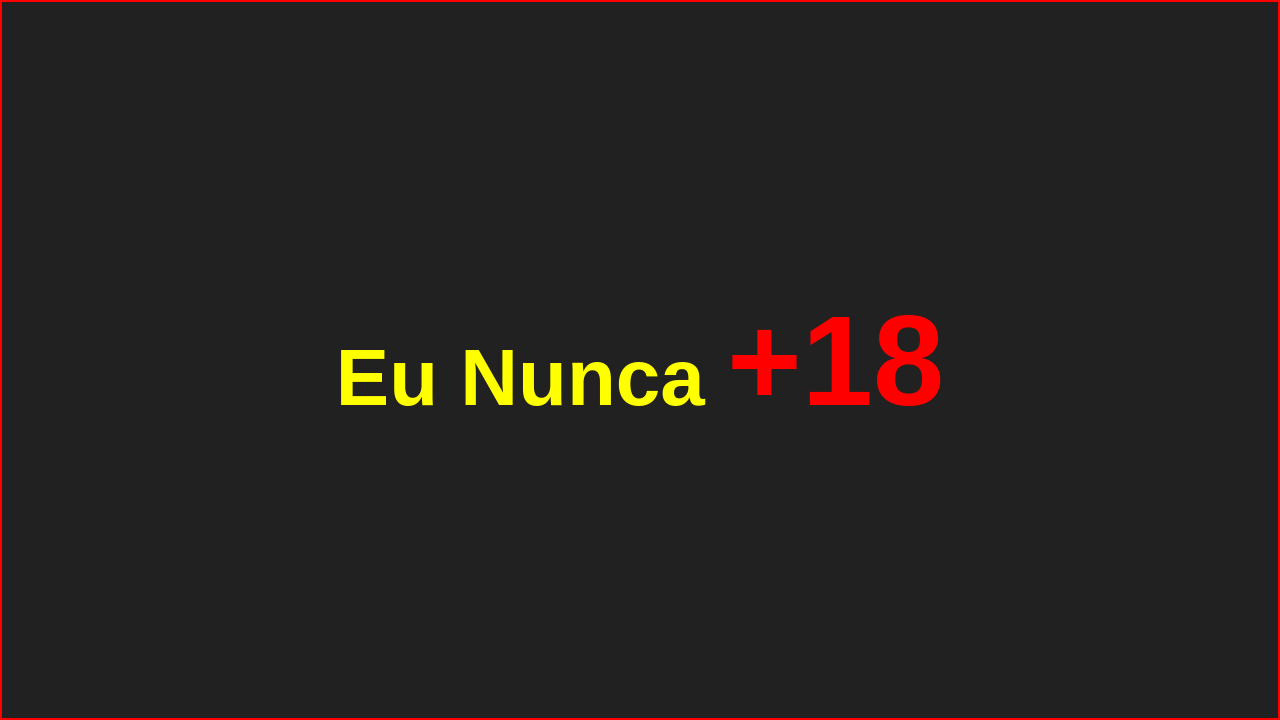
Repository: odiloalmeida/inever
Page: index.html
These files come from the project's save history. The page is drawn as it stood at one moment and after the next save; the edit follows.
The browser window is 1280 px wide. The pictures show the whole page.

Above is the page before, as saved 2023-01-31 20:20:46.

### index.html
<!DOCTYPE html>
<html lang="en">
<head>
    <meta charset="UTF-8">
    <meta http-equiv="X-UA-Compatible" content="IE=edge">
    <meta name="viewport" content="width=device-width, initial-scale=1.0">
    <link rel="stylesheet" href="./style.css">
    <title>18+ I Never</title>

</head>

<body>
    <button id="myButton" onclick="changeButtonName()"><span>Eu Nunca </span> <span2>+18</span2></button>
</body>

<script>

    function changeButtonName() {
        var button = document.getElementById("myButton");

        var names = ["Beijei alguém dessa turma",
        "Senti atração por alguém dessa turma",
        "Tomei banho pelado na praia/piscina",
        "Fiquei com um professor",
        "Fiquei com um amigo e me arrependi",
        "Fiquei com um amigo e não disse pra ninguém",
        "Menti sobre ter ficado com uma pessoa",
        "Bebi tanto que beijei alguém que não queria",
        "Bebi tanto que esqueci tudo no outro dia",
        "Vi um nudes de alguém dessa turma",
        "Desejei o namorado/namorada de um amigo",
        "Fiquei com alguém por interesse",
        "Acelerei o ato sexual por que o oral estava ruim",
        "Bebi pra ter coragem de chegar numa pessoa",
        "Transei na escola/faculdade",
        "Transei no chão",
        "Fiz sexo oral enquanto a pessoa trabalhava",
        "Fiz sexo oral enquanto a pessoa dirigia",
        "Usei fantasias sexuais",
        "Usei plug anal",
        "Usei um vibrador",
        "Fiquei com alguém depois neguei pra todo mundo",
        "Disse pra uma pessoa que a amava sem amar",
        "Transei no carro",
        "Broxei no meio do ato sexual",
        "Desisti de ficar com uma pessoa por que ela estava fedendo",
        "Fui chupar e estava fedendo muito e desisti",
        "Me masturbei depois do ato sexual por que não conseguir “chegar lá” com o parceiro",
        "Fiquei com dois amigos ao mesmo tempo sem eles saberem",
        "Parei o ato sexual para ir fazer xixi",
        "Fiz a chuca",
        "Transei na rua",
        "Paguei por sexo",
        "Fiz sexo por dinheiro"

        ];

        var randomName = names[Math.floor(Math.random() * names.length)];
        button.innerHTML = randomName;
    }

</script>

</html>

### style.css
* {
    padding: 0;
    margin: 0;
    box-sizing: border-box;
}

body {
    width: 100vw;
    height: 100vh;
    background-color: #212121;
    display: flex;
    flex-direction: column;
    align-items: center;
    justify-content: center;
}

button {
    background-color: transparent;
    height: 100vh;
    width: 100vw;
    border: red 2px solid;
    color: #f1f1f1;
    font-weight: bold;
    font-size: 3rem;
    padding: 5px;
}

button span {
    color: yellow;
    font-size: 5rem;
}

button span2 {
    color: red;
    font-size: 8rem;
}

After the next save:
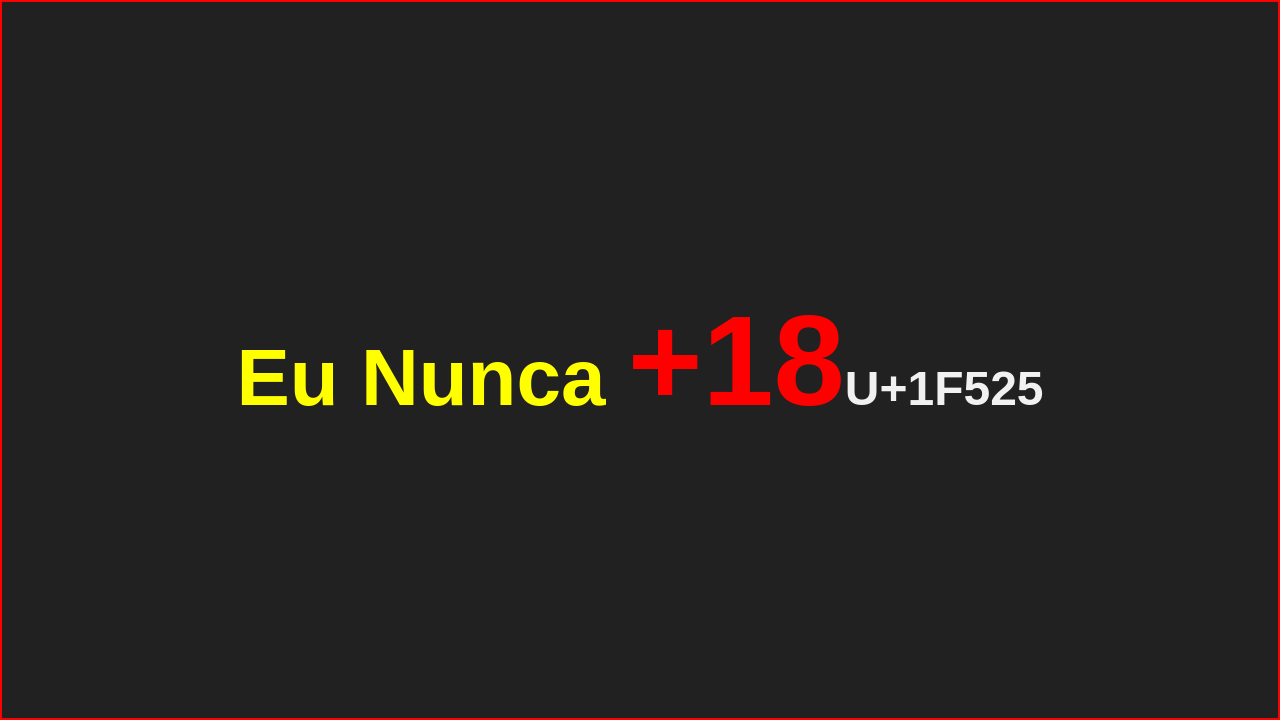
Saved 116 s later.
--- a/index.html
+++ b/index.html
@@ -10,7 +10,7 @@
 </head>
 
 <body>
-    <button id="myButton" onclick="changeButtonName()"><span>Eu Nunca </span> <span2>+18</span2></button>
+    <button id="myButton" onclick="changeButtonName()"><span>Eu Nunca </span> <span2>+18</span2>U+1F525</button>
 </body>
 
 <script>
